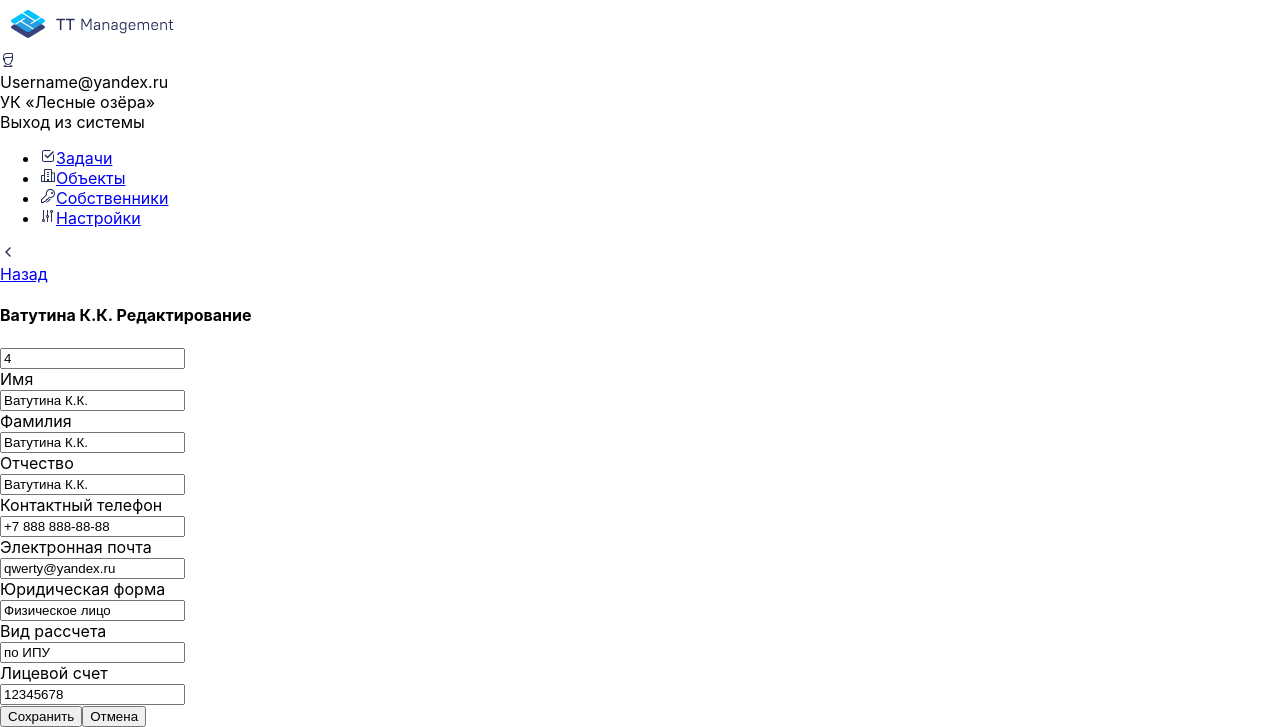
Repository: TryBr/tt-management
Page: /owners/3/edit
These files come from the project's save history. The page is drawn as it stood at one moment and after the next save; the edit follows.
The browser window is 1280 px wide. The pictures show the whole page.
The project was rebuilt for these pictures with package versions that can differ from the ones it lists, and the page was loaded fresh each time. Also part of the build but not shown: src/App.css, src/TaskDetail.js, src/Owners.js, src/OwnerDetail.js.

Above is the page before, as saved 2020-07-21 13:11:08.

### public/index.html
<!DOCTYPE html>
<html lang="en">
  <head>
    <meta charset="utf-8" />
    <link rel="icon" href="%PUBLIC_URL%/favicon.ico" />
    <meta name="viewport" content="width=device-width, initial-scale=1" />
    <meta name="theme-color" content="#000000" />
    <meta
      name="description"
      content="Web site created using create-react-app"
    />
    <link rel="apple-touch-icon" href="%PUBLIC_URL%/logo192.png" />
    <!--
      manifest.json provides metadata used when your web app is installed on a
      user's mobile device or desktop. See https://developers.google.com/web/fundamentals/web-app-manifest/
    -->
    <link rel="manifest" href="%PUBLIC_URL%/manifest.json" />
    <!--
      Notice the use of %PUBLIC_URL% in the tags above.
      It will be replaced with the URL of the `public` folder during the build.
      Only files inside the `public` folder can be referenced from the HTML.

      Unlike "/favicon.ico" or "favicon.ico", "%PUBLIC_URL%/favicon.ico" will
      work correctly both with client-side routing and a non-root public URL.
      Learn how to configure a non-root public URL by running `npm run build`.
    -->
    <title>TT Management</title>
  </head>
  <body>
    <noscript>You need to enable JavaScript to run this app.</noscript>
    <div id="root"></div>
    <!--
      This HTML file is a template.
      If you open it directly in the browser, you will see an empty page.

      You can add webfonts, meta tags, or analytics to this file.
      The build step will place the bundled scripts into the <body> tag.

      To begin the development, run `npm start` or `yarn start`.
      To create a production bundle, use `npm run build` or `yarn build`.
    -->
  </body>
</html>

### src/OwnerEdit.js
import React, { Fragment, useState } from "react";

import { PageHeader, Row, Col, Form, Button, Input } from 'antd';


import {
    Link,
    useParams,
    useRouteMatch
} from "react-router-dom";

const BackIcon = () => (
    <svg width="16" height="16" viewBox="0 0 16 16" fill="none" xmlns="http://www.w3.org/2000/svg">
    <path fill-rule="evenodd" clip-rule="evenodd" d="M9.5 3.49994C9.77614 3.2238 10.2239 3.2238 10.5 3.49994C10.7761 3.77608 10.7761 4.2238 10.5 4.49994L7 7.99994L10.5 11.4999C10.7761 11.7761 10.7761 12.2238 10.5 12.4999C10.2239 12.7761 9.77614 12.7761 9.5 12.4999L5 7.99994L9.5 3.49994Z" fill="#272F5A"/>
    </svg>
);

const OwnerEdit = ({ owner, onOwnEdit }) => {

    let { id } = useParams();
    let { url } = useRouteMatch();

    const onFinish = values => {
        onOwnEdit(values);
    };

    return (

        <div className="owner-detail">
            <Link to={`/owners/${id}`}>
                <PageHeader
                    className="site-page-header"
                    onBack={() => null}
                    title="Назад"
                    backIcon={<BackIcon />}
                />
            </Link>
            <h1 className="page-title">{owner[id].fio} Редактирование</h1>

            <Row>
                <Col span={12}>
                        <Form layout={"vertical"} size={"middle"} onFinish={onFinish}>
                            <Form.Item name="id" initialValue={owner[id].id} hidden="true">
                                <Input />
                            </Form.Item>
                            <Form.Item label="Имя" name="name" initialValue={owner[id].fio} >
                                <Input />
                            </Form.Item>
                            <Form.Item label="Фамилия" name="lastname" initialValue={owner[id].fio}>
                                <Input />
                            </Form.Item>
                            <Form.Item label="Отчество" name="patronymic" initialValue={owner[id].fio}>
                                <Input />
                            </Form.Item>
                            <Form.Item label="Контактный телефон" name="phone" initialValue={owner[id].phone}>
                                <Input />
                            </Form.Item>
                            <Form.Item label="Электронная почта" name="email" initialValue={owner[id].email}>
                                <Input />
                            </Form.Item>
                            <Form.Item label="Юридическая форма" name="legalform" initialValue={owner[id].legalForm}>
                                <Input />
                            </Form.Item>
                            <Form.Item label="Вид рассчета" name="paytype" initialValue={owner[id].payType}>
                                <Input />
                            </Form.Item>
                            <Form.Item label="Лицевой счет" name="accountnumber" initialValue={owner[id].accountNumber}>
                                <Input />
                            </Form.Item>

                            <Form.Item>
                                <Button type="primary" htmlType="submit">Сохранить</Button>
                                <Button type="default">Отмена</Button>
                            </Form.Item>
                        </Form>
                </Col>
            </Row>

        </div>
    );

}

export default OwnerEdit;

Loaded but not shown: src/index.js (common file); src/index.css (common file); src/serviceWorker.js (common file); src/App.js (205 lines, source omitted)

After the next save:
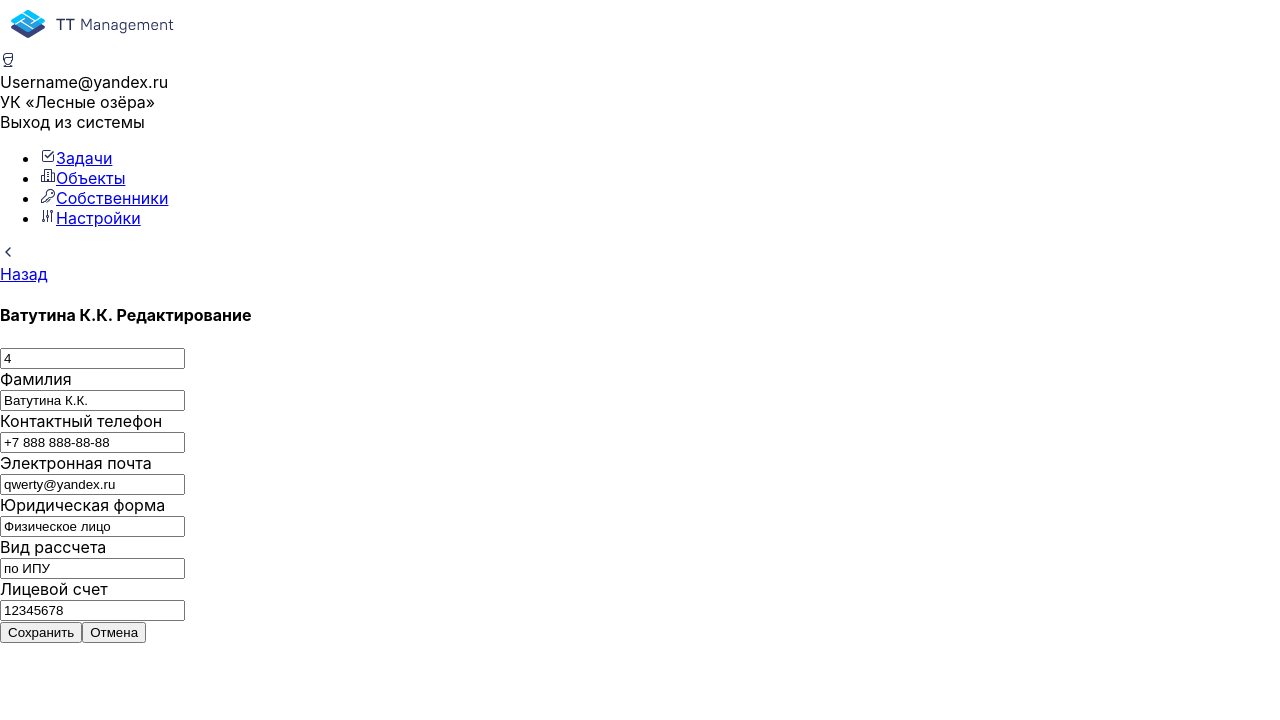
Saved 37 s later.
--- a/src/OwnerEdit.js
+++ b/src/OwnerEdit.js
@@ -43,15 +43,15 @@ const OwnerEdit = ({ owner, onOwnEdit }) => {
                             <Form.Item name="id" initialValue={owner[id].id} hidden="true">
                                 <Input />
                             </Form.Item>
-                            <Form.Item label="Имя" name="name" initialValue={owner[id].fio} >
+                            {/* <Form.Item label="Имя" name="name" initialValue={owner[id].fio} >
+                                <Input />
+                            </Form.Item> */}
+                            <Form.Item label="Фамилия" name="fio" initialValue={owner[id].fio}>
                                 <Input />
                             </Form.Item>
-                            <Form.Item label="Фамилия" name="lastname" initialValue={owner[id].fio}>
+                            {/* <Form.Item label="Отчество" name="patronymic" initialValue={owner[id].fio}>
                                 <Input />
-                            </Form.Item>
-                            <Form.Item label="Отчество" name="patronymic" initialValue={owner[id].fio}>
-                                <Input />
-                            </Form.Item>
+                            </Form.Item> */}
                             <Form.Item label="Контактный телефон" name="phone" initialValue={owner[id].phone}>
                                 <Input />
                             </Form.Item>
